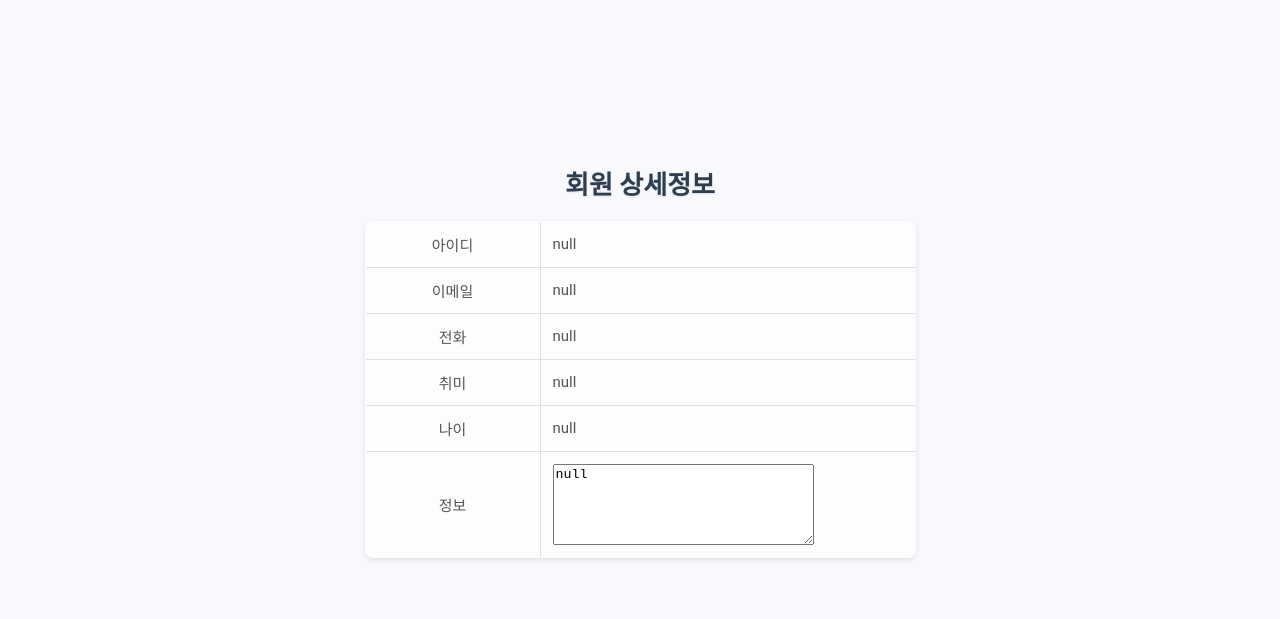
Repository: topblame/Bootcamp
Page: http://localhost/JSP_250408/chapter03/MemberInfo.jsp
These files come from the project's save history. The page is drawn as it stood at one moment and after the next save; the edit follows.
The browser window is 1280 px wide. The pictures show the whole page.
The page is served by Tomcat 9. Other server files are loaded and not shown. Queries for data that is not in the repository find no rows.

Above is the page before, as saved 2025-06-26 04:07:04.

### WebMvc/JSP_250408/src/main/webapp/chapter03/MemberInfo.jsp
<%@page import="model.MemberDTO"%>
<%@page import="model.MemberDAO"%>
<%@ page language="java" contentType="text/html; charset=UTF-8"
    pageEncoding="UTF-8"%>
<!DOCTYPE html PUBLIC "-//W3C//DTD HTML 4.01 Transitional//EN" "http://www.w3.org/TR/html4/loose.dtd">
<html>
<head>
<meta http-equiv="Content-Type" content="text/html; charset=UTF-8">
<title>상세정보</title>
<link rel ="stylesheet" type "text/css" href = "../css/member.css">
</head>
<body>
<%
request.setCharacterEncoding("UTF-8");

String id = request.getParameter("id");

MemberDAO mdao = new MemberDAO();
MemberDTO bean = mdao.oneSelectMember(id); //오라클 -> 자바(bean)
%>
<center>
      <h2>회원 상세정보</h2>
      <table width="400" border="1">
         <tr height="40">
            <td align="center" width="150">아이디</td>
            <td width="350"><%=bean.getId() %></td>
         </tr>
         <tr height="40">
            <td align="center" width="150">이메일</td>
            <td width="350"><%=bean.getEmail() %></td>
         </tr>
         <tr height="40">
            <td align="center" width="150">전화</td>
            <td width="350"><%=bean.getPhone() %></td>
         </tr>
         <tr height="40">
            <td align="center" width="150">취미</td>
            <td width="350"><%=bean.getHobby() %></td>
         </tr>
         <tr height="40">
            <td align="center" width="150">나이</td>
            <td width="350"><%=bean.getAge() %></td>
         </tr>
         <tr height="40">
            <td align="center" width="150">정보</td>
            <td width="350"><textarea cols="30" rows="5"><%=bean.getInfo() %></textarea> </td>
         </tr>
      </table>
</center>
</body>
</html>

### WebMvc/JSP_250408/src/main/java/model/MemberDAO.java
package model;

import java.sql.Connection;
import java.sql.DriverManager;
import java.sql.PreparedStatement;
import java.sql.ResultSet;
import java.util.Vector;

public class MemberDAO {
	//오라클 접속
	String url="jdbc:oracle:thin:@localhost:1521:xe";
	String user="system";
	String pass="1234";

	Connection con;
	PreparedStatement pstmt; //String -> sql
	ResultSet rs; // 데이터 측 결과값 리턴 받는 객체

	public void getCon() {
		try{
			//1.오라클 드라이버 인식(ojdbc8.jar)
		   Class.forName("oracle.jdbc.driver.OracleDriver");
		   //2.오라클 접속
		   con = DriverManager.getConnection(url,user,pass);
		}catch(Exception e){
			e.printStackTrace();
		}
	}//getCon

	public void insertMember(MemberDTO mDTO) {
		try {
			//연동
			getCon();
			//======================insert===============================
			//String -> SQL
			String sql = "insert into member values(?, ?, ?, ?, ?, ?, ?, ?, ?, ?, ?)";
			pstmt = con.prepareStatement(sql);

			pstmt.setString(1, mDTO.getId());
			pstmt.setString(2, mDTO.getPass1());
			pstmt.setString(3, mDTO.getPass2());
			pstmt.setString(4, mDTO.getEmail());
			pstmt.setString(5, mDTO.getGender());
			pstmt.setString(6, mDTO.getAddress());
			pstmt.setString(7, mDTO.getPhone());
			pstmt.setString(8, mDTO.getHobby());
			pstmt.setString(9, mDTO.getJob());
			pstmt.setString(10, mDTO.getAge());
			pstmt.setString(11, mDTO.getInfo());

			pstmt.executeUpdate();
			con.close();
		} catch (Exception e) {
			e.printStackTrace();
		}
	}//insertmember

	// ------------------------------select(R) ---------------
	public Vector<MemberDTO> allSelectMember() {
		Vector<MemberDTO> v = new Vector<MemberDTO>();
		try {
			getCon();

			String sql = "select * from member";
			pstmt = con.prepareStatement(sql);

			rs = pstmt.executeQuery(); //DB에서 회원정보 모두가져옴

			while(rs.next()) {
				MemberDTO bean = new MemberDTO();
				bean.setId(rs.getString(1)); //오라클 -> memberDTO
				bean.setPass1(rs.getString(2));
				bean.setPass2(rs.getString(3));
				bean.setEmail(rs.getString(4));
				bean.setGender(rs.getString(5));
				bean.setAddress(rs.getString(6));
				bean.setPhone(rs.getString(7));
				bean.setHobby(rs.getString(8));
	            bean.setJob(rs.getString(9));
	            bean.setAge(rs.getString(10));
	            bean.setInfo(rs.getString(11));
				v.add(bean);
			}
			con.close();
		} catch (Exception e) {
			e.printStackTrace();
		}
		return v;
	}

	//-------------------3.select(상세정보) 1 select-------------------------------
	public MemberDTO oneSelectMember(String id) {
		MemberDTO bean = new MemberDTO();
		try {
			getCon();

			String sql = "select * from member where id = ?";
			pstmt = con.prepareStatement(sql);
			pstmt.setString(1, id);
			rs = pstmt.executeQuery(); //DB에서 상세정보 가져옴

			if(rs.next()) {
				bean.setId(rs.getString(1)); //오라클 -> memberDTO
				bean.setPass1(rs.getString(2));
				bean.setPass2(rs.getString(3));
				bean.setEmail(rs.getString(4));
				bean.setGender(rs.getString(5));
				bean.setAddress(rs.getString(6));
				bean.setPhone(rs.getString(7));
				bean.setHobby(rs.getString(8));
	            bean.setJob(rs.getString(9));
	            bean.setAge(rs.getString(10));
	            bean.setInfo(rs.getString(11));
			}
			con.close();
		} catch (Exception e) {
			e.printStackTrace();
		}
		return bean;
	}
}

### WebMvc/JSP_250408/src/main/java/model/MemberDTO.java
package model;

public class MemberDTO {
	private String id;
	private String pass1;
	private String pass2;
	private String email;
	private String gender;
	private String address;
	private String phone;
	private String hobby;
	private String job;
	private String age;
	private String info;
	public String getId() {
		return id;
	}
	public void setId(String id) {
		this.id = id;
	}
	public String getPass1() {
		return pass1;
	}
	public void setPass1(String pass1) {
		this.pass1 = pass1;
	}
	public String getPass2() {
		return pass2;
	}
	public void setPass2(String pass2) {
		this.pass2 = pass2;
	}
	public String getEmail() {
		return email;
	}
	public void setEmail(String email) {
		this.email = email;
	}
	public String getGender() {
		return gender;
	}
	public void setGender(String gender) {
		this.gender = gender;
	}
	public String getAddress() {
		return address;
	}
	public void setAddress(String address) {
		this.address = address;
	}
	public String getPhone() {
		return phone;
	}
	public void setPhone(String phone) {
		this.phone = phone;
	}
	public String getHobby() {
		return hobby;
	}
	public void setHobby(String hobby) {
		this.hobby = hobby;
	}
	public String getJob() {
		return job;
	}
	public void setJob(String job) {
		this.job = job;
	}
	public String getAge() {
		return age;
	}
	public void setAge(String age) {
		this.age = age;
	}
	public String getInfo() {
		return info;
	}
	public void setInfo(String info) {
		this.info = info;
	}


}

### WebMvc/JSP_250408/src/main/webapp/css/member.css
@charset "UTF-8";
/* 공통 설정 */
body {
    font-family: 'Roboto', Arial, sans-serif; /* 세련된 폰트 추가 */
    background-color: #f7f9fc; /* 부드러운 배경색 */
    margin: 0;
    padding: 0;
    display: flex;
    justify-content: center;
    align-items: center;
    min-height: 100vh;
    color: #333;
}

/* 컨테이너 */
.center {
    text-align: center;
    width: 100%;
    max-width: 500px; /* 중앙 콘텐츠 최대 너비 */
    margin: 0 auto;
    padding: 20px;
    background-color: #ffffff; /* 카드 스타일 */
    border-radius: 10px;
    box-shadow: 0 4px 10px rgba(0, 0, 0, 0.1); /* 부드러운 그림자 */
}

/* 제목 스타일 */
h2 {
    font-size: 26px;
    margin-bottom: 20px;
    color: #2c3e50; /* 세련된 색상 */
    text-shadow: 0 1px 2px rgba(0, 0, 0, 0.1);
}

/* 테이블 스타일 */
table {
    border-collapse: collapse;
    width: 100%;
    margin: 20px 0;
    background-color: #fdfdfd; /* 테이블 배경 */
    border: 1px solid #e0e0e0; /* 연한 테두리 */
    border-radius: 8px;
    overflow: hidden;
    box-shadow: 0 2px 5px rgba(0, 0, 0, 0.1); /* 부드러운 그림자 */
}

/* 테이블 셀 스타일 */
td {
    padding: 12px;
    font-size: 15px;
    color: #555; /* 중간 밝기의 텍스트 색상 */
    border-bottom: 1px solid #e0e0e0; /* 행 구분선 */
}

td.align-center {
    text-align: center;
}

/* 마지막 행 구분선 제거 */
table tr:last-child td {
    border-bottom: none;
}

/* 입력 필드 */
input[type="text"],
input[type="password"] {
    width: calc(100% - 20px);
    padding: 10px 12px;
    font-size: 16px;
    border: 1px solid #ccc;
    border-radius: 6px;
    box-sizing: border-box;
    margin-bottom: 15px;
    transition: border-color 0.3s ease, box-shadow 0.3s ease;
}

input[type="text"]:focus,
input[type="password"]:focus {
    border-color: #4CAF50;
    box-shadow: 0 0 5px rgba(76, 175, 80, 0.5);
    outline: none;
}

/* 버튼 */
input[type="submit"],
input[type="button"],
input[type="reset"] {
    width: 100%;
    padding: 12px;
    font-size: 16px;
    color: white;
    background-color: #4CAF50;
    border: none;
    border-radius: 6px;
    cursor: pointer;
    transition: background-color 0.3s ease, transform 0.2s ease;
}

/* 버튼 hover 효과 */
input[type="submit"]:hover,
input[type="button"]:hover,
input[type="reset"]:hover {
    background-color: #45a049;
    transform: translateY(-2px); /* 살짝 들어올림 효과 */
}

/* 버튼 active 효과 */
input[type="submit"]:active,
input[type="button"]:active,
input[type="reset"]:active {
    background-color: #3e8e41;
    transform: translateY(0); /* 클릭 시 원래 위치로 복귀 */
}

/* 숨겨진 필드 */
input[type="hidden"] {
    display: none;
}

/* 오류 메시지 */
.message {
    color: #e74c3c;
    font-weight: bold;
    font-size: 14px;
    margin-top: 10px;
    text-align: center;
}

/* 반응형 처리 */
@media (max-width: 768px) {
    .center {
        padding: 15px;
        width: 90%;
    }

    h2 {
        font-size: 22px;
    }

    table td {
        font-size: 14px;
    }

    input[type="submit"],
    input[type="button"],
    input[type="reset"] {
        font-size: 14px;
        padding: 10px;
    }
}

After the next save:
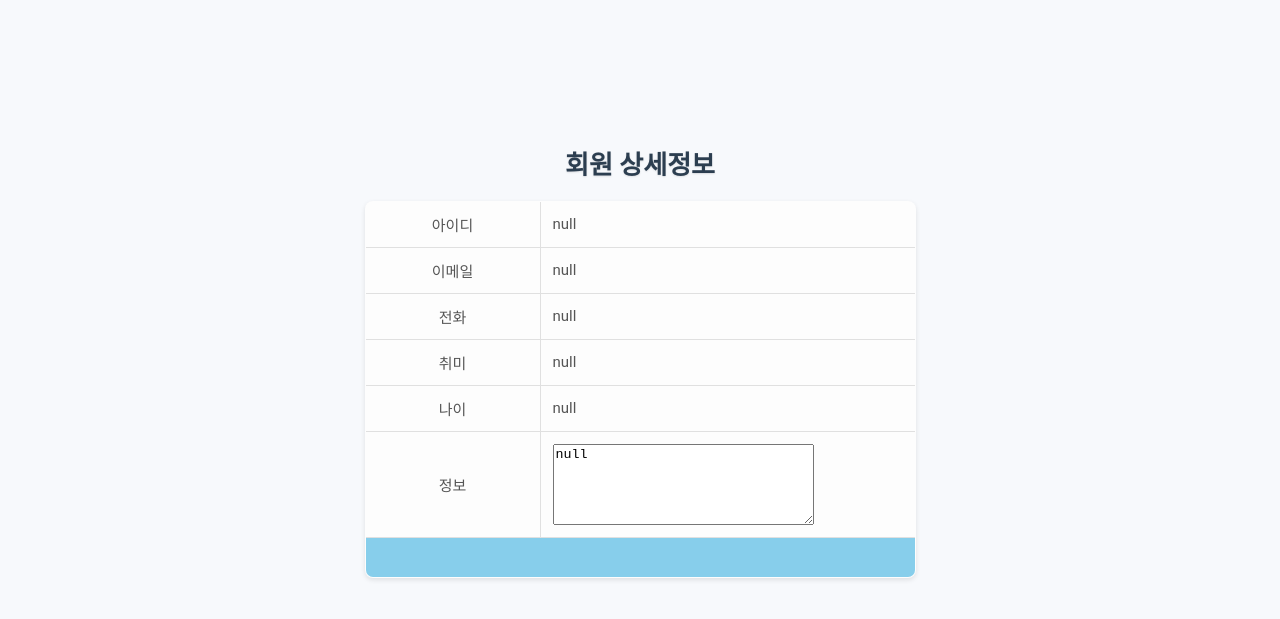
Saved 2 min 30 s later.
--- a/WebMvc/JSP_250408/src/main/webapp/chapter03/MemberInfo.jsp
+++ b/WebMvc/JSP_250408/src/main/webapp/chapter03/MemberInfo.jsp
@@ -45,6 +45,11 @@
             <td align="center" width="150">정보</td>
             <td width="350"><textarea cols="30" rows="5"><%=bean.getInfo() %></textarea> </td>
          </tr>
+         <tr height="40">
+         	<td align="center" colspan="2" bgcolor="skyblue">
+
+         	</td>
+         </tr>
       </table>
 </center>
 </body>

After the save that followed:
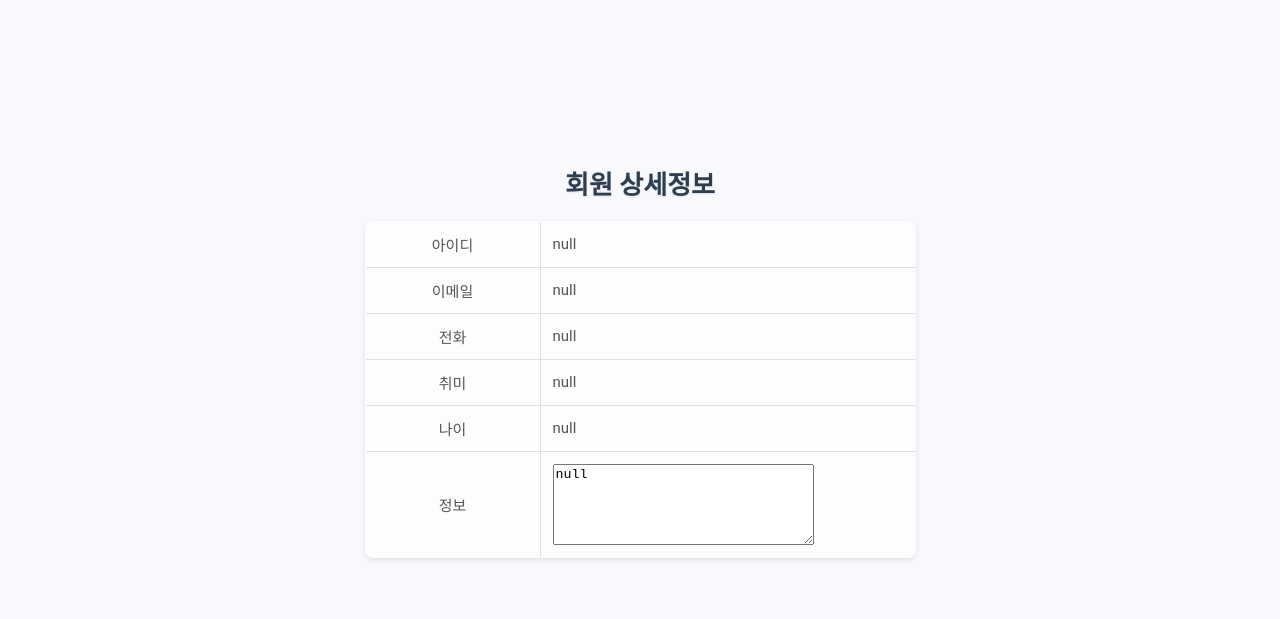
Saved 2 min 20 s later.
--- a/WebMvc/JSP_250408/src/main/webapp/chapter03/MemberInfo.jsp
+++ b/WebMvc/JSP_250408/src/main/webapp/chapter03/MemberInfo.jsp
@@ -45,11 +45,7 @@
             <td align="center" width="150">정보</td>
             <td width="350"><textarea cols="30" rows="5"><%=bean.getInfo() %></textarea> </td>
          </tr>
-         <tr height="40">
-         	<td align="center" colspan="2" bgcolor="skyblue">
 
-         	</td>
-         </tr>
       </table>
 </center>
 </body>
